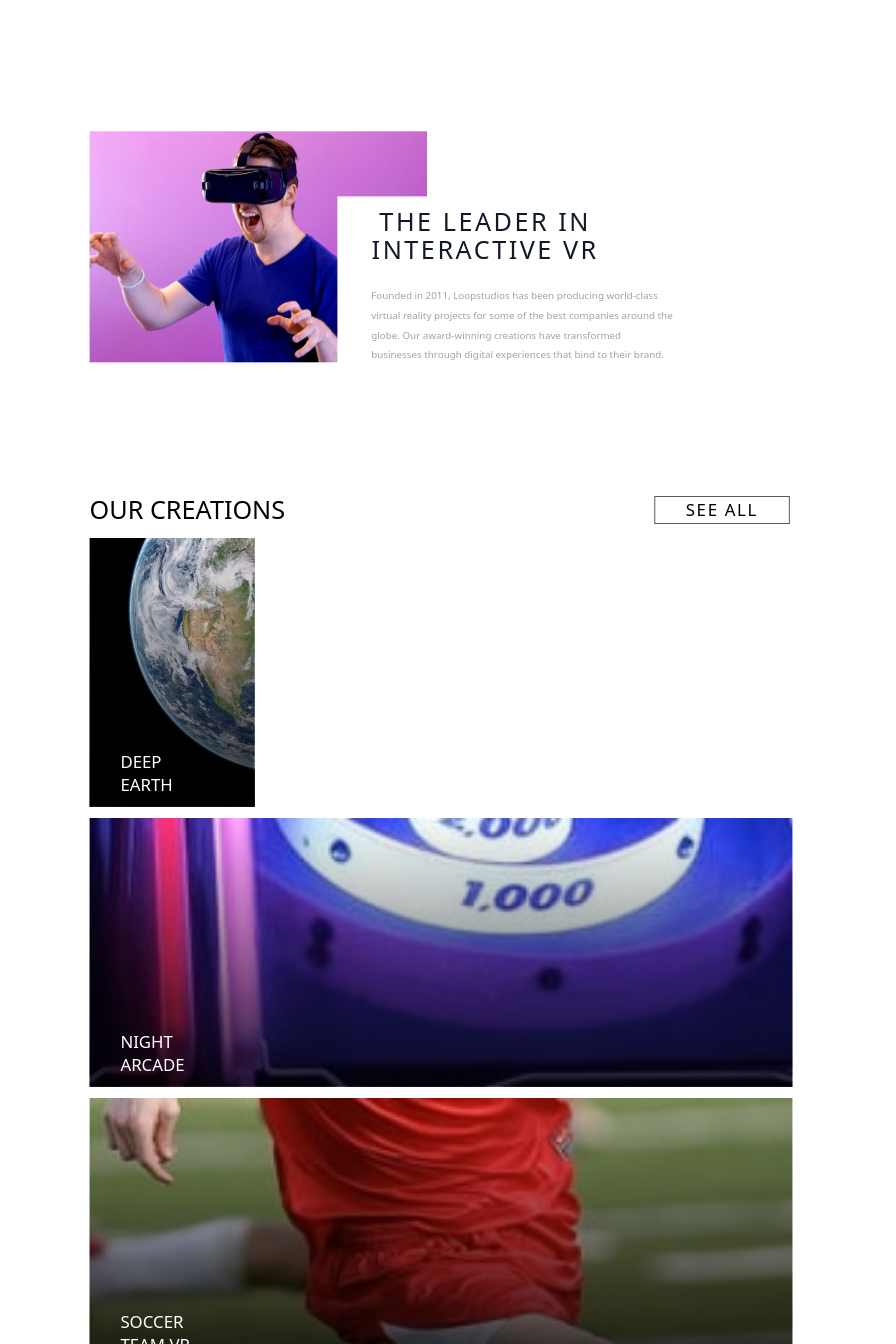
Repository: CAMPSLOPY/StudioLoopApp
Page: index.html
An editor plug-in stored every save of this project. The page is shown before and after the next save, followed by the edit.
The browser window is 1280 px wide. The pictures show the part of the page from y = 751 to 2671 px (the page is 5128 px tall), at 70% of full size.
Some web fonts or font styles are not loaded; a fallback is used. Some web libraries are served in a nearby version.

Above is the page before, as saved 2021-02-26 03:03:55.

### index.html
<!DOCTYPE html>
<html lang="en">
  <head>
    <title>LoopStudios</title>
    <meta charset="UTF-8" />
    <meta name="viewport" content="width=device-width, initial-scale=1.0" />
    <meta http-equiv="X-UA-Compatible" content="ie=edge" />
    <meta
      name="description"
      content="Building my Loop studio App with Tailwind Css"
    />
    <meta name="robots" content="index,follow" />
    <!-- font awesome -->
    <link
      rel="stylesheet"
      href="https://cdnjs.cloudflare.com/ajax/libs/font-awesome/5.11.2/css/all.min.css"
      integrity="sha256-+N4/V/SbAFiW1MPBCXnfnP9QSN3+Keu+NlB+0ev/YKQ="
      crossorigin="anonymous"
    />
    <link
      rel="icon"
      type="image/png"
      sizes="32x32"
      href="favicon-32x32.png"
    />
    <!-- TAILWIND CSS CDN -->
    <link href="https://unpkg.com/tailwindcss@^2/dist/tailwind.min.css" rel="stylesheet">

    <!-- animate on scroll -->
    <link rel="stylesheet" href="https://unpkg.com/aos@next/dist/aos.css" />

    <!-- STYLESHEET -->
    <link rel="stylesheet" href="main.css"/>
  </head>
  <body>
    <div class="overflow-hidden">
      <!--the whole wrapper-->

      <header
        class="relative bg-no-repeat bg-cover bg-center min-h-screen w-full md:min-h-6/3 lg:min-h-6 header-image"
      >
        <nav
          class="flex text-gray-50 items-center justify-between w-4/5 m-auto pt-8"
        >
          <h1 class="font-extralight text-4xl font-concert md:text-6xl">
            <a href="">loopstudios</a>
          </h1>
          <button id="burger" class="md:hidden">
            <i class="fas fa-bars text-4xl"></i>
          </button>
          <ul class="hidden md:flex">
            <li class="px-1.5 nav-item">
              <a class="nav-link" href="#About"> About</a>
            </li>
            <li class="px-1.5 nav-item">
              <a class="nav-link" href="#Career">Careers</a>
            </li>
            <li class="px-1.5 nav-item">
              <a class="nav-link" href="#Event">Events</a>
            </li>
            <li class="px-1.5 nav-item">
              <a class="nav-link" href="#Product">Products</a>
            </li>
            <li class="px-1.5 nav-item">
              <a class="nav-link" href="#Support">Support</a>
            </li>
          </ul>
        </nav>

        <p
          class="font-normal md:font-thin tracking-widest absolute top-64 left-11 md:left-32 md:top-36 text-white text-3xl md:text-6xl border-2 pr-10 md:pr-56 py-11 pl-6"
        >
          IMMERSIVE<br />
          EXPERIENCES <br />
          THAT DELIVER
        </p>
      </header>
      <!--modal -->
      <div
        id="modal-body"
        class="modal-body hidden fixed flex w-full h-full top-0 left-0 z-50 bg-black text-white flex-col"
      >
        <div class="modal-logo flex justify-between w-4/5 m-auto">
          <h1 class="text-4xl">
            <a href="">loopstudios</a>
          </h1>
          <button class="toggle relative" id="toggle">
            <i class="fas fa-times text-3xl p-4"></i>
          </button>
        </div>

        <ul class="flex flex-col w-4/5 m-auto modal-links uppercase font-light">
          <li class="my-4">
            <a class="text-3xl links" href="#About"> About</a>
          </li>
          <li class="my-4">
            <a class="text-3xl links" href="#Careers">Careers</a>
          </li>
          <li class="my-4">
            <a class="text-3xl links" href="#Event">Events</a>
          </li>
          <li class="my-4">
            <a class="text-3xl links" href="#Products">Products</a>
          </li>
          <li class="my-4">
            <a class="text-3xl links" href="#Support">Support</a>
          </li>
        </ul>
      </div>
      <!--modal end-->
      <section
        id="About"
        class="relative hero-section w-full min-h-screen md:bg-white md:w-4/5 m-auto block md:flex md:min-h-90 text-white justify-center items-center"
      >
        <div class="w-11/12 m-auto pt-24 md:pt-12" data-aos="fade-right">
          <img
            class="w-full h-full object-cover"
            src="/images/desktop/image-interactive.jpg"
            alt="a man with a Vr Device "
          />
        </div>

        <div
          data-aos="fade-left"
          class="w-full -bottom-24 right-32 px-10 relative z-0 md:z-10 bg-white text-gray-900 block md:flex md:justify-center md:items-center md:flex-col pb-20 md:p-4"
        >
          <div class="w-full m-auto relative -right-32 md:right-0 md:-left-20">
            <h1
              data-aos="fade-up"
              data-aos-delay="800"
              data-aos-duration="1000"
              class="text-4xl tracking-widest text-center md:ml-10"
            >
              THE LEADER IN <br />
              INTERACTIVE VR
            </h1>
          </div>
          <div
            class="my-4 w-full -px-2 left-32 w-4/6 md:w-full text-center md:text-left md:left-11 relative md:-right-10 md:px-8 md:py-4"
          >
            <span
              class="relative right-0 md:right-11 text-left tracking-widest md:tracking-normal text-sm md:relative leading-loose text-gray-400"
            >
              Founded in 2011, Loopstudios has been producing world-class <br />
              virtual reality projects for some of the best companies around the
              <br />
              globe. Our award-winning creations have transformed <br />
              businesses through digital experiences that bind to their brand.
            </span>
          </div>
        </div>
      </section>

      <section class="creation relative">
        <div
          id="Event"
          class="creation-body-content min-h-screen pb-20 flex flex-col w-4/5 m-auto md:w-4/5 md:m-auto relative"
        >
          <div
            class="creation-text flex md:text-center md:justify-between my-5"
          >
            <h1 class="font-josefin relative left-0 md:left-0 text-4xl">
              OUR CREATIONS
            </h1>
            <button
              class="text-2xl absolute bottom-2 right-14 text-small font-alata tracking-widest py-2 md:py-0 md:text-small md:relative md:-left-6 md:bottom-0 border border-gray-900 px-11 tracking-widest hover:bg-black hover:text-white"
            >
              SEE ALL
            </button>
          </div>

          <div
            id="Career"
            class="creation-images flex flex-col flex-wrap md:flex-row cursor-pointer"
          >
            <div
              data-aos="fade-right"
              id="card-box"
              class="relative bg-no-repeat bg-cover bg-center earth mr-5 mb-4 card h-38 w-full md:h-96 md:w-better card-box"
            >
              <img
                src="/images/mobile/image-deep-earth.jpg"
                alt="a picture of the earth"
                class="object-cover w-full h-full block md:hidden"
              />

              <p
                class="absolute bottom-4 left-11 text-white text-2xl font-josefin card-box-p"
              >
                DEEP <br />
                EARTH
              </p>
            </div>
            <div
              data-aos="fade-up"
              id="card-box"
              class="md:card-box relative bg-no-repeat bg-cover bg-center card mr-5 mb-4 arcade h-32 w-full md:h-96 md:w-better"
            >
              <img
                src="/images/mobile/image-night-arcade.jpg"
                alt="a picture of a cassette tape"
                class="object-cover w-full h-full block md:hidden"
              />
              <p
                class="absolute bottom-4 left-11 text-white text-2xl font-josefin card-box-p"
              >
                NIGHT <br />
                ARCADE
              </p>
            </div>
            <div
              data-aos="fade-down"
              id="card-box"
              class="md:card-box relative h-38 w-full card mr-5 mb-4 vr md:h-96 bg-no-repeat bg-cover bg-center md:w-better"
            >
              <img
                src="/images/mobile/image-soccer-team.jpg"
                alt="a picture of a football player"
                class="object-cover w-full h-full block md:hidden"
              />
              <p
                class="absolute bottom-4 left-11 text-white text-2xl font-josefin card-box-p"
              >
                SOCCER <br />
                TEAM VR
              </p>
            </div>
            <div
              data-aos="fade-left"
              id="card-box"
              class="md:card-box relative h-38 w-full mr-5 mb-4 card gridd md:h-96 bg-no-repeat bg-cover bg-center md:w-better"
            >
              <img
                src="/images/mobile/image-grid.jpg"
                alt="a picture of a sport car"
                class="object-cover w-full h-full block md:hidden"
              />

              <p
                class="absolute bottom-4 left-11 text-white text-2xl font-josefin card-box-p"
              >
                THE <br />
                GRID
              </p>
            </div>
            <div
              data-aos="fade-right"
              id="card-box"
              class="md:card-box relative mr-5 mb-4 h-38 w-full card above-vr md:h-96 bg-no-repeat bg-cover bg-center md:w-better"
            >
              <img
                src="/images/mobile/image-from-above.jpg"
                alt="a picture of a curvy road on the mountains"
                class="object-cover w-full h-full block md:hidden"
              />
              <p
                class="absolute bottom-4 left-11 text-white text-2xl font-josefin card-box-p"
              >
                FROM UP <br />
                ABOVE VR
              </p>
            </div>
            <div
              data-aos="fade-down"
              id="card-box"
              class="md:card-box relative h-38 w-full mr-5 mb-4 card borealis md:h-96 bg-no-repeat bg-cover bg-center md:w-better"
            >
              <img
                src="/images/mobile/image-pocket-borealis.jpg"
                alt="picture of the moon, star and a mountain"
                class="object-cover w-full h-full block md:hidden"
              />
              <p
                class="absolute bottom-4 left-11 text-white text-2xl font-josefin card-box-p"
              >
                POCKET <br />
                BOREALIS
              </p>
            </div>
            <div
              data-aos="fade-up"
              id="card-box"
              class="md:card-box relative mr-5 mb-4 h-38 w-full card curiosity md:h-96 bg-no-repeat bg-cover bg-center md:w-better"
            >
              <img
                src="/images/mobile/image-curiosity.jpg"
                alt="picture of a network radar"
                class="object-cover w-full h-full block md:hidden"
              />
              <p
                class="absolute bottom-4 left-11 text-white text-2xl font-josefin card-box-p"
              >
                THE <br />
                CURIOSITY
              </p>
            </div>
            <div
              data-aos="fade-left"
              id="card-box"
              class="md:card-box relative mr-5 mb-4 h-38 w-full card fisheye md:h-96 bg-no-repeat bg-cover bg-center md:w-better"
            >
              <img
                src="/images/mobile/image-curiosity.jpg"
                alt="picture of a network radar"
                class="object-cover w-full h-full block md:hidden"
              />
              <p
                class="absolute bottom-4 left-11 text-white text-2xl font-josefin card-box-p"
              >
                MAKE IT <br />
                FISHEYE
              </p>
            </div>
          </div>
        </div>
      </section>

      <footer
        id="Support"
        class="min-h-60 md:min-h-60 bg-black text-white mt-10 relative"
      >
        <div
          class="footer-body w-full flex flex-col relative -bottom-52 md:-bottom-40"
        >
          <div
            class="footer-logo w-4/5 m-auto md:pb-8 flex md:flex-row flex-col justify-between relative"
          >
            <h3 class="my-8 pt-16 text-center md:text-left font-bold text-4xl">
              loopstudios
            </h3>
            <ul
              class="footer-socials flex justify-center items-center relative -bottom-52 md:bottom-0"
            >
              <li class="px-1.5 footer-item">
                <a class="footer-link" href=""
                  ><img
                    class="pb-1"
                    src="./images/icon-facebook.svg"
                    alt="facebook official logo"
                /></a>
              </li>
              <li class="px-1.5 footer-item">
                <a class="footer-link" href=""
                  ><img
                    class="pb-1"
                    src="./images/icon-twitter.svg"
                    alt="twitter logo"
                /></a>
              </li>
              <li class="px-1.5 footer-item">
                <a class="footer-link" href=""
                  ><img
                    class="pb-1"
                    src="./images/icon-pinterest.svg"
                    alt="pinterest logo"
                /></a>
              </li>
              <li class="px-1.5 footer-item">
                <a class="footer-link" href=""
                  ><img
                    class="pb-1"
                    src="./images/icon-instagram.svg"
                    alt="instagram logo"
                /></a>
              </li>
            </ul>
          </div>
          <div
            class="relative w-4/5 m-auto flex flex-col md:flex-row md:justify-between"
          >
            <ul
              class="relative bottom-11 md:bottom-8 flex flex-col md:flex-row items-center md:justify-around my-2 md:m-0"
            >
              <li class="py-2 relative left-28 md:-left-4 footer-item md:pr-4">
                <a class="pb-1 footer-link footer-links" href="#about">About</a>
              </li>
              <li class="py-2 relative left-28 md:-left-4 footer-item md:pr-4">
                <a class="pb-1 footer-link footer-links" href="#careers"
                  >Careers</a
                >
              </li>
              <li class="py-2 footer-item left-28 relative md:-left-4 md:pr-4">
                <a class="pb-1 footer-link footer-links" href="#events"
                  >Events</a
                >
              </li>
              <li class="py-2 footer-item left-28 relative md:-left-4 md:pr-4">
                <a class="pb-1 footer-link footer-links" href="#products"
                  >Product</a
                >
              </li>
              <li class="py-2 footer-item left-28 relative md:-left-4 md:pr-4">
                <a class="pb-1 footer-link footer-links" href="#support"
                  >Support</a
                >
              </li>
            </ul>
            <span class="pb-16">
              <p class="text-gray-600 md:text-white">
                © 2021 Loopstudios. All rights reserved.
              </p></span
            >
          </div>

          <div
            class="hidden attribution absolute pb-4 -bottom-16 left-60 text-gray-600"
          >
            <a>Challenge by</a>

            <a
              class="text-blue-300"
              href="https://www.frontendmentor.io?ref=challenge"
              target="_blank"
              >Frontend Mentor</a
            >
            Coded by
            <a class="text-blue-300" href="https://github.com/CAMPSLOPY">
              CampSlopy 👨🏾‍🦲</a
            >
          </div>
        </div>
      </footer>
    </div>
    <!-- animate On scroll script -->
    <script src="https://unpkg.com/aos@next/dist/aos.js"></script>
    <!-- workflow script -->
    <script src="app.js"></script>
  </body>
</html>

### main.css
@import url("https://fonts.googleapis.com/css2?family=Alata&family=Josefin+Sans:ital,wght@0,200;1,400&display=swap");
@import url("https://fonts.googleapis.com/css2?family=Concert+One&display=swap");

html {
  scroll-behavior: smooth;
}
.header-image {
  background-image: linear-gradient(to top, rgba(0, 0, 0, 0.8), transparent),
    url(./images/desktop/image-hero.jpg);
}

.earth {
  background-image: linear-gradient(to top, rgba(0, 0, 0, 0.8), transparent),
    url(./images/desktop/image-deep-earth.jpg);
}

.arcade {
  background-image: linear-gradient(to top, rgba(0, 0, 0, 0.8), transparent),
    url(./images/desktop/image-night-arcade.jpg);
}
.vr {
  background-image: linear-gradient(to top, rgba(0, 0, 0, 0.8), transparent),
    url(./images/desktop/image-soccer-team.jpg);
}

.gridd {
  background-image: linear-gradient(to top, rgba(0, 0, 0, 0.8), transparent),
    url(./images/desktop/image-grid.jpg);
}

.above-vr {
  background-image: linear-gradient(to top, rgba(0, 0, 0, 0.8), transparent),
    url(./images/desktop/image-from-above.jpg);
}

.borealis {
  background-image: linear-gradient(to top, rgba(0, 0, 0, 0.8), transparent),
    url(./images/desktop/image-pocket-borealis.jpg);
}

.curiosity {
  background-image: linear-gradient(to top, rgba(0, 0, 0, 0.8), transparent),
    url(./images/desktop/image-curiosity.jpg);
}
.fisheye {
  background-image: linear-gradient(to top, rgba(0, 0, 0, 0.8), transparent),
    url(./images/desktop/image-fisheye.jpg);
}

.menu:hover {
  border-bottom: 1px solid #0000;
}

.footer-body {
  transform: translate(-50%, -50%);
  top: 50%;
  left: 50%;
}

body {
  overflow-x: hidden;
}

#card-box::before {
  content: "";
  position: absolute;
  top: 0;
  left: 0;
  display: block;
  width: 100%;
  height: 100%;
  background: rgba(255, 255, 255, 0.6);
  z-index: 2;
  transition: 0.5s;
  opacity: 0;
}

#card-box:hover:before {
  opacity: 1;
}

#card-box:hover .card-box-p {
  color: black;
  z-index: 3;
}

.toggle {
  top: -20px;
  right: -15px;
}

.toggle .fa-times {
  font-size: 2.7rem;
}

/* desktop styling for the nav links */
.nav-item {
  list-style: none;
  font-size: 1rem;
  margin-bottom: 1rem;
  margin: 0 auto;
  margin-left: 1.5rem;
}

.nav-link {
  position: relative;
  color: #fff;
  text-decoration: none;
  font-family: "Alata", sans-serif;
}

.nav-link::after {
  content: "";
  position: absolute;
  top: 2rem;
  background-color: #fff;
  height: 0.2rem;
  width: 0%;
  opacity: 0;
  transition: all 0.5s ease-in-out;
}

.nav-link::before {
  content: "";
  position: absolute;
  top: 2rem;
  background-color: #fff;
  height: 0.2rem;
  width: 0%;
  opacity: 0;
  transition: all 0.5s ease-in-out;
}

.nav-link::before {
  right: 32%;
}

.nav-link::after {
  left: 32%;
}

.nav-link:hover::after,
.nav-link:hover::before {
  width: 0.8rem;
  opacity: 1;
}

/* FOOTER*/

.footer-link::after {
  left: 20%;
}
.footer-link::before {
  right: 20%;
}

.footer-links::after {
  left: 40%;
}
.footer-links::before {
  right: 40%;
}

.footer-link::before {
  content: "";
  position: absolute;
  top: 2rem;
  background-color: #fff;
  height: 0.2rem;
  width: 0%;
  opacity: 0;
  transition: all 0.5s ease-in-out;
}

.footer-link::after {
  content: "";
  position: absolute;
  top: 2rem;
  background-color: #fff;
  height: 0.2rem;
  width: 0%;
  opacity: 0;
  transition: all 0.5s ease-in-out;
}

.footer-link {
  position: relative;
  color: #fff;
  text-decoration: none;
  font-family: "Alata", sans-serif;
}

.footer-item {
  list-style: none;
  font-size: 1rem;
  margin-bottom: 1rem;
  margin: 0 auto;
  margin-left: 1rem;
  text-align: center;
}
.footer-link:hover::after,
.footer-link:hover::before {
  width: 0.8rem;
  opacity: 1;
}

.footer-logo h3 {
  font-family: "Alata", sans-serif;
}


/* Card-box */

.card-box{
    width: 23%;
}

### app.js
const burger = document.getElementById("burger");
const togglebtn = document.getElementById("toggle");
const modal = document.getElementById("modal-body");
const links = document.querySelectorAll(".links");

burger.addEventListener("click", () => {
  modal.style.display = "flex";
});

togglebtn.addEventListener("click", () => {
  modal.style.display = "none";
});
links.forEach((link) => {
  link.addEventListener("click", () => {
    modal.style.display = "none";
  });
});

AOS.init({
  // offset: 120,
  delay: 400,
  duration: 1000,
  once: true,
});

After the next save:
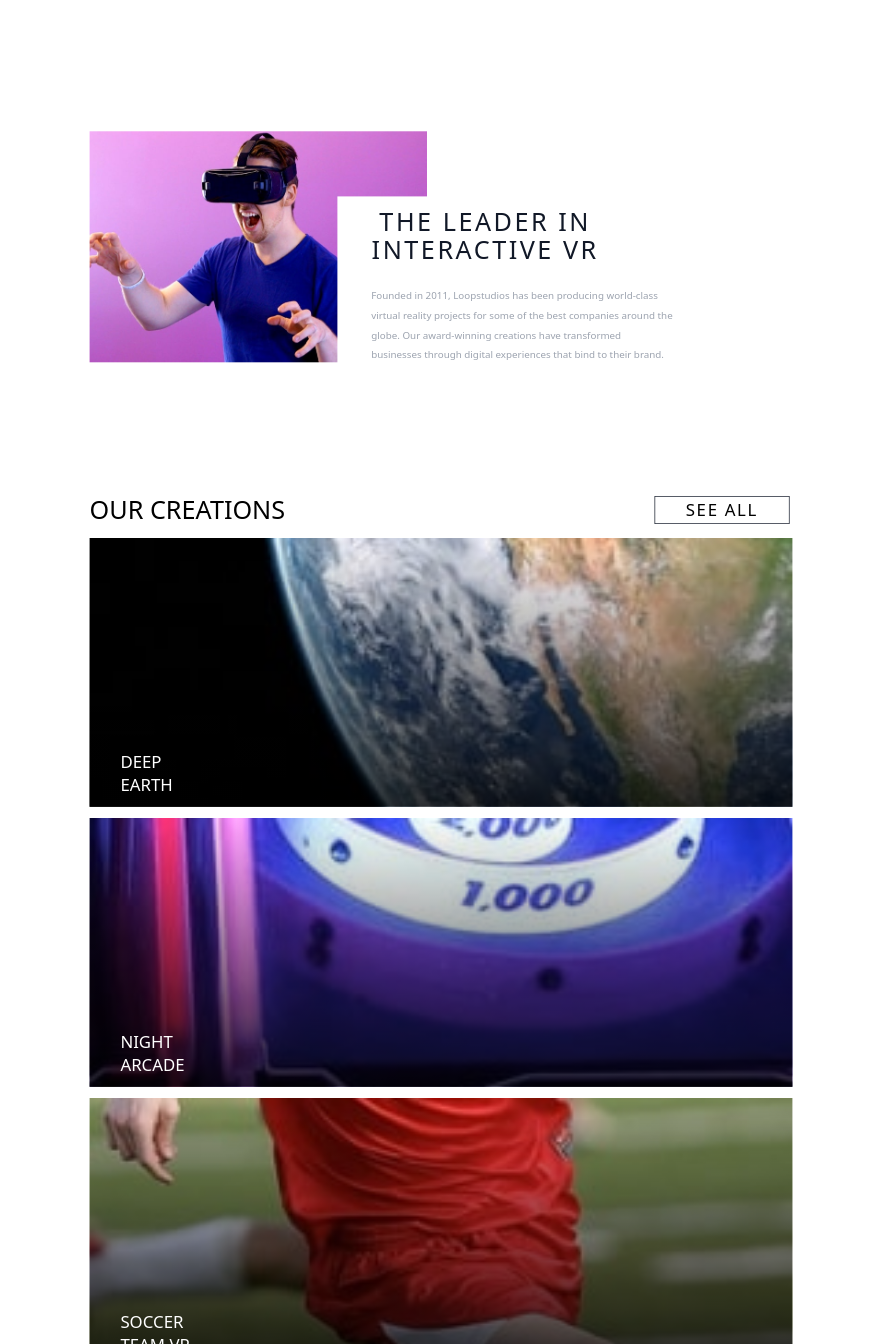
Saved 8 s later.
--- a/index.html
+++ b/index.html
@@ -176,7 +176,7 @@
             <div
               data-aos="fade-right"
               id="card-box"
-              class="relative bg-no-repeat bg-cover bg-center earth mr-5 mb-4 card h-38 w-full md:h-96 md:w-better card-box"
+              class="relative bg-no-repeat bg-cover bg-center earth mr-5 mb-4 card h-38 w-full md:h-96 md:w-better md:card-box"
             >
               <img
                 src="/images/mobile/image-deep-earth.jpg"
